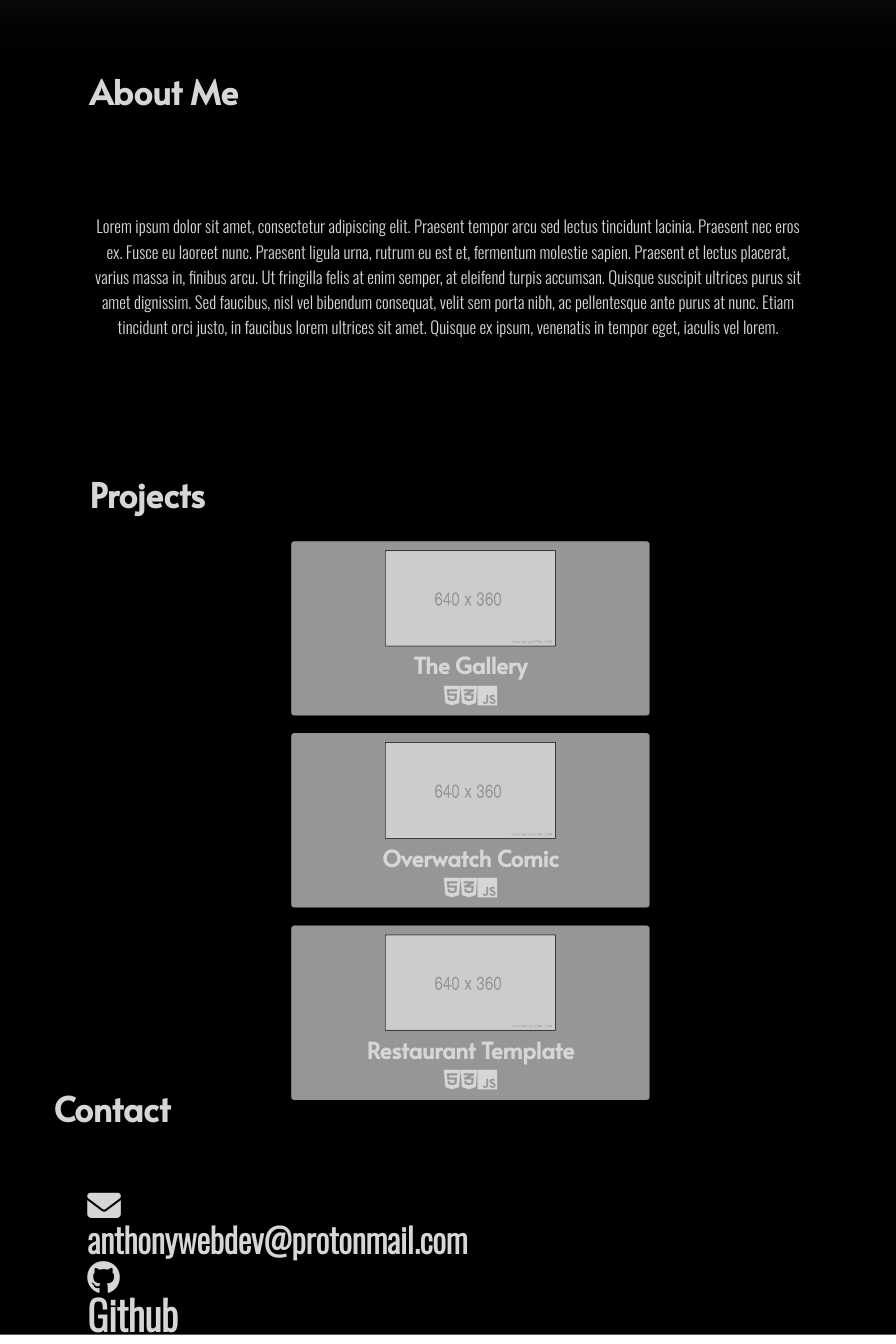
Repository: sloppytony/newport
Page: / (app in portfolio/)
The author's editor kept a copy of each file at every save. The page is drawn from the files as they stood at one save, then again after the next save.
The browser window is 1280 px wide. The pictures show the part of the page from y = 686 to 2606 px (the page is 2606 px tall), at 70% of full size.
Some web libraries are served in a nearby version. The project was rebuilt for these pictures with package versions that can differ from the ones it lists, and the page was loaded fresh each time. Also part of the build but not shown: portfolio/src/index.css.

Above is the page before, as saved 2020-08-23 19:49:56.

After the next save:
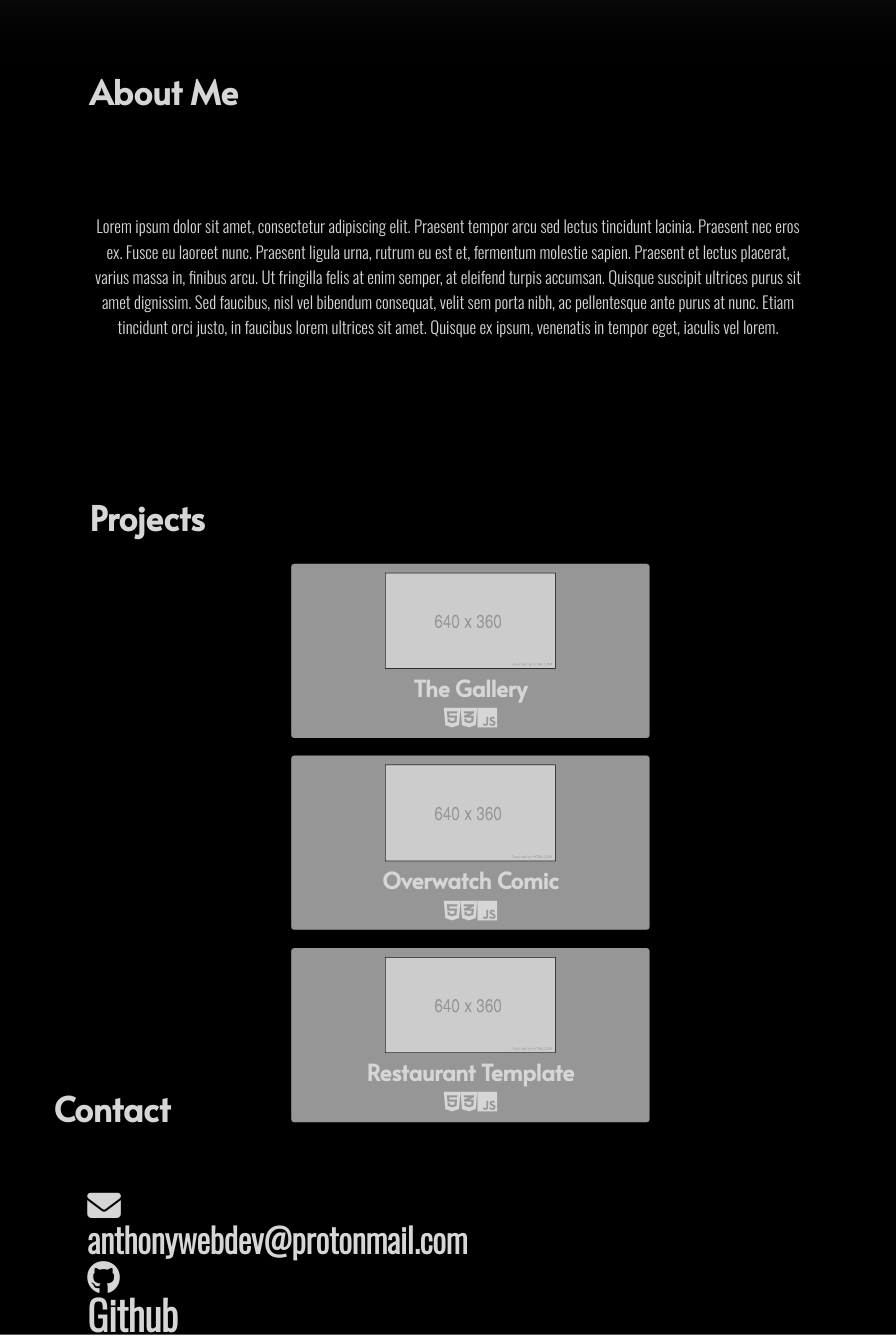
Saved 8 s later.
--- a/portfolio/src/App.css
+++ b/portfolio/src/App.css
@@ -104,7 +104,7 @@ div.section1-container {
 .projectTitle {
   height: 20vh;
   width: 80%;
-  margin-top: 5%;
+  margin-top: 10%;
   font-family: "Alata", sans-serif;
   font-size: 300%;
   color: rgb(214, 214, 214);
